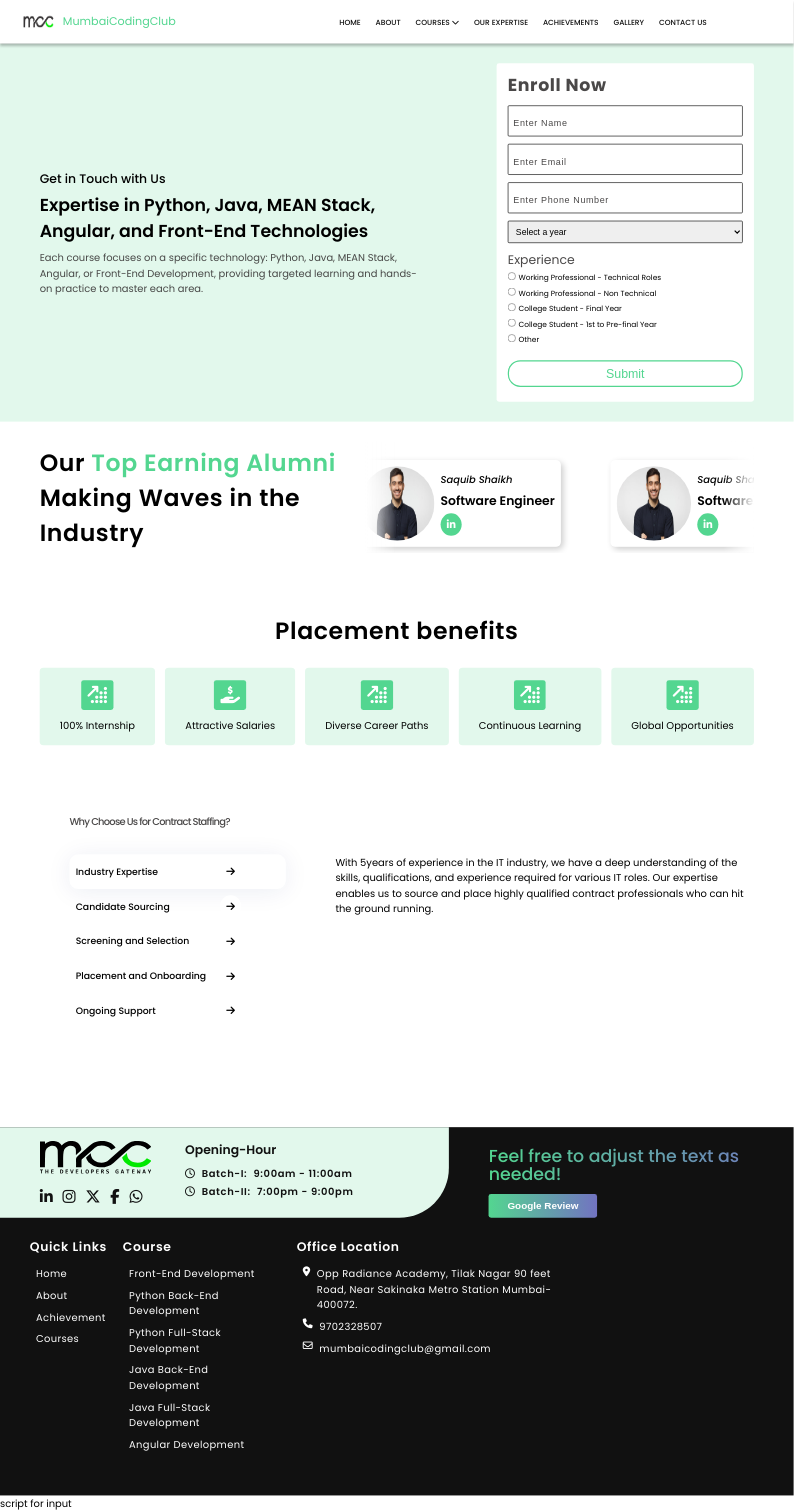
Repository: msmsa2001/mcc-theme
Page: contact.html
An editor plug-in stored every save of this project. The page is shown before and after the next save, followed by the edit.
The browser window is 1280 px wide. The pictures show the whole page, at 62% of full size.
Pictures or frames that could not be fetched are drawn as grey boxes.

Above is the page before, as saved 2024-07-26 04:24:11.
Console error: TypeError: Cannot read properties of null (reading 'querySelector')

### contact.html
<!DOCTYPE html>
<html lang="en">
<head>
    <meta charset="UTF-8">
    <meta name="viewport" content="width=device-width, initial-scale=1.0">
    <title>Contact</title>
    <link rel="stylesheet" href="global.css">
    <link rel="stylesheet" href="contact.css">
    <link rel="stylesheet" href="https://cdnjs.cloudflare.com/ajax/libs/font-awesome/6.5.2/css/all.min.css" integrity="sha512-SnH5WK+bZxgPHs44uWIX+LLJAJ9/2PkPKZ5QiAj6Ta86w+fsb2TkcmfRyVX3pBnMFcV7oQPJkl9QevSCWr3W6A==" crossorigin="anonymous" referrerpolicy="no-referrer" />

</head>
<body>
    <nav>
        <div class="wrapper-nav">
            <div class="logo"><a href="index.html"><img src="assests/favicon.png" alt="">MumbaiCodingClub</a></div>
            <input type="radio" name="slider" id="menu-btn">
            <input type="radio" name="slider" id="close-btn">
            <ul class="nav-links">
                <label for="close-btn" class="btn close-btn"><i class="fas fa-times"></i></label>
                <li><a href="index.html">HOME</a></li>
                <li><a href="about.html">ABOUT</a></li>
                <li>
                    <a href="#" class="desktop-item">COURSES <i class="fa-solid fa-chevron-down"></i></a>
                    <input type="checkbox" id="showServicesDrop">
                    <label for="showServicesDrop" class="mobile-item">COURSES</label>
                    <ul class="drop-menu">
                        <li><a href="course.html">Front-End Development</a></li>
                        <li><a href="xI.html">Back-End Python Development</a></li>
                        <li><a href="xII.html">Full-Stack Python Development</a></li>
                        <li><a href="neet.html">Angular</a></li>
                        <li><a href="dropers.html">Back-End Java Development</a></li>
                        <li><a href="Integrated.html">Full-Stack Java Development</a></li>
                        <li><a href="repeater.html">MEAN</a></li>
                    </ul>
                </li>
                <li><a href="gallery.html">Our Expertise</a></li>
                <li><a href="achievement.html">ACHIEVEMENTS</a></li>
                <li><a href="gallery.html">GALLERY</a></li>
                <li><a href="contact.html">CONTACT US</a></li>
            </ul>
            <label for="menu-btn" class="btn menu-btn"><i class="fas fa-bars"></i></label>
        </div>
    </nav>

    <div class="container1">
        <div class="sec1">
            <h3>Get in Touch with Us</h3>
            <h1>Expertise in Python, Java, MEAN Stack, Angular, and Front-End Technologies</h1>
            <p>Each course focuses on a specific technology: Python, Java, MEAN Stack, Angular, or Front-End Development, providing targeted learning and hands-on practice to master each area.

            </p>
        </div>
        <div class="sec2">
            <form action="">
                <h2>Enroll Now</h2>
                <input type="text" name="fullname" id="name" placeholder="Enter Name">
                <input type="email" name="email" id="email" placeholder="Enter Email">
                <input type="phone" name="phone" id="phone" placeholder="Enter Phone Number">
                <select id="year" name="year">
                    <option value="" disabled selected>Select a year</option>
                </select>
                <div class="experience">
                    <label id="experience">Experience</label>
                    <div class="radio-sec">
                    <input type="radio" name="experience" id="tech_role" value="Working Professional - Technical Roles">
                    <label for="">Working Professional - Technical Roles</label>
                </div>

                <div class="radio-sec">
                    <input type="radio" name="experience" id="none_tect_role" value="Working Professional - Non Technical">
                    <label for="">Working Professional - Non Technical</label>
                </div>

                <div class="radio-sec">
                    <input type="radio" name="experience" id="final_year" value="College Student - Final Year">
                    <label for="">College Student - Final Year</label>
                </div>

                <div class="radio-sec">
                    <input type="radio" name="experience" id="pre-finale_year" value="College Student - 1st to Pre-final Year">
                    <label for="">College Student - 1st to Pre-final Year</label>
                </div>
                <div class="radio-sec">
                    <input type="radio" name="experience" id="other" value="Other">
                    <label for="">Other</label>
                </div>

                </div>

                <button>Submit</button>

            </form>
        </div>
    </div>

    <div class="container2">
        <div class="title">
            <p>Our <span style="color: var(--text-color);">Top Earning Alumni<br></span> Making Waves in the <br>Industry</p>
        </div>
    <div class="logos">
        <div class="logos-slide">

            <div class="card1">
                <img src="assests/person.jpg" alt="">
                <div class="content">
                    <p class="name">Saquib Shaikh</p>
                    <p class="designation">Software Engineer</p>
                    <a href=""><i class="fa-brands fa-linkedin-in"></i></a>
                </div>
            </div>

            <div class="card1">
                <img src="assests/person.jpg" alt="">
                <div class="content">
                    <p class="name">Saquib Shaikh</p>
                    <p class="designation">Software Engineer</p>
                    <a href=""><i class="fa-brands fa-linkedin-in"></i></a>
                </div>
            </div>


            <div class="card1">
                <img src="assests/person.jpg" alt="">
                <div class="content">
                    <p class="name">Saquib Shaikh</p>
                    <p class="designation">Software Engineer</p>
                    <a href=""><i class="fa-brands fa-linkedin-in"></i></a>
                </div>
            </div>


            <div class="card1">
                <img src="assests/person.jpg" alt="">
                <div class="content">
                    <p class="name">Saquib Shaikh</p>
                    <p class="designation">Software Engineer</p>
                    <a href=""><i class="fa-brands fa-linkedin-in"></i></a>
                </div>
            </div>


            <div class="card1">
                <img src="assests/person.jpg" alt="">
                <div class="content">
                    <p class="name">Saquib Shaikh</p>
                    <p class="designation">Software Engineer</p>
                    <a href=""><i class="fa-brands fa-linkedin-in"></i></a>
                </div>
            </div>

            <div class="card1">
                <img src="assests/person.jpg" alt="">
                <div class="content">
                    <p class="name">Saquib Shaikh</p>
                    <p class="designation">Software Engineer</p>
                    <a href=""><i class="fa-brands fa-linkedin-in"></i></a>
                </div>
            </div>

            <div class="card1">
                <img src="assests/person.jpg" alt="">
                <div class="content">
                    <p class="name">Saquib Shaikh</p>
                    <p class="designation">Software Engineer</p>
                    <a href=""><i class="fa-brands fa-linkedin-in"></i></a>
                </div>
            </div>

            <div class="card1">
                <img src="assests/person.jpg" alt="">
                <div class="content">
                    <p class="name">Saquib Shaikh</p>
                    <p class="designation">Software Engineer</p>
                    <a href=""><i class="fa-brands fa-linkedin-in"></i></a>
                </div>
            </div>
        </div>
      </div>
    </div>

    <div class="container3">
        <h2 id="title">Placement benefits</h2>
        <div class="sec1">

            <div class="card">
                <i class="fa-solid fa-arrow-up-right-dots"></i>
                <p>100% Internship</p>
            </div>


            <div class="card">
                <i class="fa-solid fa-hand-holding-dollar"></i>
                <p>Attractive Salaries</p>
            </div>

            <div class="card">
                <i class="fa-solid fa-arrow-up-right-dots"></i>
                <p>Diverse Career Paths</p>
            </div>

            <div class="card">
                <i class="fa-solid fa-arrow-up-right-dots"></i>
                <p>Continuous Learning</p>
            </div>


            <div class="card">
                <i class="fa-solid fa-arrow-up-right-dots"></i>
                <p>Global Opportunities</p>
            </div>

        </div>

    </div>
    <div class="container8">
        <p class="title">Why Choose Us for Contract Staffing?</p>
        <div class="inner-sec">
        <div class="sec-1">
            <div class="row1 tab-button active" data-tab="tab1" onclick="openTab('tab1')">
                <p class="content">Industry Expertise</p>
                <i class="fa-solid fa-arrow-right"></i>
            </div>
            <div class="row1 tab-button" data-tab="tab2" onclick="openTab('tab2')">
                <p class="content">Candidate Sourcing </p>
                <i class="fa-solid fa-arrow-right"></i>
            </div>
            <div class="row1 tab-button" data-tab="tab3" onclick="openTab('tab3')">
                <p class="content">Screening and Selection</p>
                <i class="fa-solid fa-arrow-right"></i>
            </div>
            <div class="row1 tab-button" data-tab="tab4" onclick="openTab('tab4')">
                <p class="content">Placement and Onboarding </p>
                <i class="fa-solid fa-arrow-right"></i>
            </div>
            <div class="row1 tab-button" data-tab="tab5" onclick="openTab('tab5')">
                <p class="content">Ongoing Support </p>
                <i class="fa-solid fa-arrow-right"></i>
            </div>
        </div>
        <div class="sec-2">
           <p id="tab1" class="tab active"> With 5years of experience in the IT industry, we have a deep understanding of the skills, qualifications, and experience required for various IT roles. Our expertise enables us to source and place highly qualified contract professionals who can hit the ground running.</p>
           <p id="tab2" class="tab">Leveraging our extensive network of IT professionals, we have access to a diverse talent pool comprising developers, engineers, analysts, project managers, and more. Whether you need temporary staff for a specific project or to cover peak workloads, we have the resources to meet your needs.</p>
           <p id="tab3" class="tab">We recognize the importance of agility and flexibility in today's fast-paced business environment. Our contract staffing solutions allow you to scale your workforce up or down quickly in response to changing business demands, without the long-term commitment of permanent hires.</p>
           <p id="tab4" class="tab">Contract staffing offers a cost-effective solution for managing fluctuating workloads and specialized projects. By hiring contract professionals on a temporary basis, you can avoid the overhead costs associated with full-time employees, such as benefits, training, and severance.</p>
           <p id="tab5" class="tab">Our streamlined recruitment process ensures a seamless experience from job requisition to candidate placement. We handle all aspects of the staffing process, including sourcing, screening, interviewing, onboarding, and payroll administration, allowing you to focus on your core business priorities.</p>
        </div>
    </div>
    </div>
    <footer>
        <div class="section1">
        <div class="content">
          <div class="sec">
            <div class="sec-logo">
            <img src="assests/logos/MCC logo.svg" alt="">
            <div class="row2">
              <i class="fa-brands fa-linkedin-in"></i>
              <i class="fa-brands fa-instagram"></i>
              <i class="fa-brands fa-x-twitter"></i>
              <i class="fa-brands fa-facebook-f"></i>
              <i class="fa-brands fa-whatsapp"></i>
            </div>
          </div>
            <div class="sec-content">
              <p>Opening-Hour</p>
              <div class="row"><i class="fa-regular fa-clock"></i> Batch-I: <span>9:00am - 11:00am </span>
              </div>
              <div class="row"><i class="fa-regular fa-clock"></i> Batch-II: <span>7:00pm - 9:00pm </span>
              </div>

            </div>
          </div>
        </div>
        <div class="google-review">
        <p>Feel free to adjust the text as needed!</p>
        <button>Google Review</button>
      </div>
      </div>

        <div class="links">
        <div class="col">
          <p>Quick Links</p>
          <ul>
            <li><a href="">Home</a></li>
            <li><a href="">About</a></li>
            <li><a href="">Achievement</a></li>
            <li><a href="">Courses</a></li>
          </ul>
        </div>

        <div class="col">
          <p>Course</p>
          <ul>
            <li><a href="">Front-End Development</a></li>
            <li><a href="">Python Back-End Development</a></li>
            <li><a href="">Python Full-Stack Development</a></li>
            <li><a href="">Java Back-End Development</a></li>
            <li><a href="">Java Full-Stack Development</a></li>
            <li><a href="">Angular Development</a></li>
          </ul>
        </div>

        <div class="col">
          <p>Office Location</p>
          <ul class="location">
            <li><a href=""><i class="fa-solid fa-location-dot"></i>
            <p>Opp Radiance Academy, Tilak Nagar 90 feet Road, Near Sakinaka Metro Station Mumbai-400072.</p></a></li>
            <li><a href=""><i class="fa-solid fa-phone"></i>9702328507</a></li>
            <li><a href=""><i class="fa-regular fa-envelope"></i>mumbaicodingclub@gmail.com</a></li>
          </ul>
        </div>
        <iframe src="https://www.google.com/maps/embed?pb=!1m18!1m12!1m3!1d7540.350352211677!2d72.88528653657487!3d19.099969516685178!2m3!1f0!2f0!3f0!3m2!1i1024!2i768!4f13.1!3m3!1m2!1s0x3be7c87a7b146d75%3A0x76380d8179575d82!2sLokmanya%20Tilak%20Nagar%2C%20Saki%20Naka%2C%20Mumbai%2C%20Maharashtra!5e0!3m2!1sen!2sin!4v1721714563501!5m2!1sen!2sin" width="300" height="400" style="border:0;" allowfullscreen="" loading="lazy" referrerpolicy="no-referrer-when-downgrade"></iframe>
      </footer>


      script for input
      <script>
        // Get all input fields
        const inputs = document.querySelectorAll('.input');

        // Add event listener to each input field
        inputs.forEach(input => {
            // When input field receives focus (typing begins)
            input.addEventListener('focus', function() {
                // Change bottom border color
                this.style.borderBottomColor = 'black';
                this.style.fontSize='12px'
            });

            // When input field loses focus (typing ends)
            input.addEventListener('blur', function() {
                // Change bottom border color back to default
                this.style.borderBottomColor = 'black';
            });
        });
    </script>

      <script>
        const startYear = 2000;
        const endYear = 2030;
        const yearDropdown = document.getElementById('year');

        for (let year = startYear; year <= endYear; year++) {
          const option = document.createElement('option');
          option.value = year;
          option.text = year;
          yearDropdown.appendChild(option);
        }
      </script>
      <script src="mcc.js"></script>
</body>
</html>

### contact.css
@import url('https://fonts.googleapis.com/css2?family=Poppins:ital,wght@0,100;0,200;0,300;0,400;0,500;0,600;0,700;0,800;0,900;1,100;1,200;1,300;1,400;1,500;1,600;1,700;1,800;1,900&display=swap');
*{
    margin: 0;
    padding: 0;
    box-sizing: border-box;
}
:root{
    --color1:#E8F7F2;
    --color2: #E2F8EC;
    --text-color:#53D690;
    --text-color2:#7273C1;
    --black-color:rgb(17, 17, 17);
    --font-size1: 20px;
    --font-size2:28px;
    --font-size3: 38px;
    --font-size4:14px;
    --font-size4:16px;
    --white-color1:#F7F1FD;
    --white-color2:rgba(255, 255, 255, 0.9);
    --black-color1:#363434e6;
}
body{
    overflow-x: hidden;
    font-family: 'poppins';
}

.container1{
    position: relative;
    background: var(--color2);
    display: flex;
    justify-content: center;
    align-items: center;
    /* height: 90vh; */
    padding: 2rem 4rem 2rem;
    gap: 2rem;
}
.container1 .sec1{
    padding-right: 5rem;
}
.container1 .sec1 h3{
    font-size: var(--font-size1);
    font-weight: 500;
}
.container1 .sec1 p{
    color: var(--black-color1);
    font-size: var(--font-size4);
}
.container1 .sec1 h1{
    font-size: var(--font-size2);
    font-weight: 600;
    margin: 8px 0;
}
.container1 .sec2 form{
    background: #fff;
    padding: 14px 18px;
    width: max-content;
    display: flex;
    flex-direction: column;
    gap: 12px;
    border-radius: 4px;
}
.container1 .sec2 form input, .container1 .sec2 form select{
    padding: 8px;
    border: 1px solid black;
    border-radius: 2px;
    font-size: 14px;
}
.container1 .sec2 form input::placeholder, .container1 .sec2 form select::placeholder,.container1 .sec2 form option{
    font-size: 14.50px;
    color: var(--black-color1);
}
.container1 .sec2 form input, .container1 .sec2 h2{
    letter-spacing: 1px;
    font-size: var(--font-size2);
    color: var(--black-color1);
}
.container1 .sec2 form .experience label{
    font-size: 12px;

}
.container1 .sec2 form #experience{
    font-size: var(--font-size1);
    color: var(--black-color1);
    margin: 15px 0;
}
.container1 .sec2 form button{
    width: auto;
    background: #fff;
    padding: 8px;
    border-radius: 20px;
    color: var(--text-color);
    font-size: 20px;
    margin: 10px 0;
    font-weight: 500;
    border: 2px solid var(--text-color);
    cursor: pointer;
}




.container2{
    display: grid;
    grid-template-columns: auto auto;
    gap: 3rem;
    padding: 2rem 4rem;
}
.container2 .title{
    display: flex;
    align-items: center;
}
.container2 .title p{
font-size: var(--font-size3);
letter-spacing: 1px;
font-weight: 600;
}
.logos {
    overflow: hidden;
    padding: 30px 0 0;
    background: white;
    white-space: nowrap;
    position: relative;
    display: grid;
    grid-template-columns: auto;
}

.logos .logos-slide .card1{
    background: #fff;
    box-shadow: 4px 4px 10px rgba(0, 0, 0, 0.2);
    padding: 10px;
    margin-bottom: 10px;
    display: flex;
    gap: 10px;
    border-radius: 8px;
}
.logos .logos-slide .card1 img{
    border-radius: 50%;
    width: 120px;
    height: 120px;
}
.logos .logos-slide .card1 .content{
    display: flex;
    justify-content: center;
    /* align-items: scenter; */
    flex-direction: column;
    gap: 6px;
}
.logos .logos-slide .card1 .content .name{
    font-size: var(--black-color1);
    font-style: italic;
    font-size: var(--font-size4);
    font-weight: 500;
}
.logos .logos-slide .card1 .content .designation{
    font-size: var(--black-color1);
    font-size: var(--font-size1);
    font-weight: 600;
}
.logos .logos-slide .card1 .content a i{
    color: #fff;
    background: var(--text-color);
    padding: 10px;
    border-radius: 50%;
}
.logos:before,
.logos:after {
    position: absolute;
    top: 0;
    width: 50px;
    height: 100%;
    content: "";
    z-index: 2;
}

.logos:before {
    left: 0;
    background: linear-gradient(to left, rgba(255, 255, 255, 0), white);
}

.logos:after {
    right: 0;
    background: linear-gradient(to right, rgba(255, 255, 255, 0), white);
}

.logos-slide {
    display: flex;
    width: max-content;
    animation: 35s slide infinite linear;
}

.card1 {
    display: inline-block;
    margin: 0 40px;
}

.card1 img {
    width: 170px;
}

@media screen and (max-width: 800px) {
    .card1 img {
        width: 150px;
        margin: 0 30px;
    }

    .logos:before {
        left: 0;
        background: none;
    }

    .logos:after {
        right: 0;
        background: none;
    }
}

@media screen and (max-width: 500px) {
    .card1 img {
        width: 90px;
        margin: 0 20px;
    }
}

@keyframes slide {
    0% {
        transform: translateX(0);
    }
    100% {
        transform: translateX(-100%);
    }
}

.container3{
    padding: 4rem;
}
.container3 #title{
    font-size: var(--font-size3);
    font-weight: 600;
    text-align: center;
    letter-spacing: 1px;
}
.container3 .sec1{
    display: grid;
    grid-template-columns: auto auto auto auto auto;
    margin-top: 2rem;
    gap: 1rem;
}
.container3 .sec1 .card{
    background: var(--color2);
    display: flex;
    flex-direction: column;
    align-items: center;
    gap: 12px;
    border-radius: 6px;
    padding: 20px;
}
.container3 .sec1 .card i{
    background-color: var(--text-color);
    color: #fff;
    padding: 10px;
    border-radius: 4px;
    font-size: var(--font-size2);
}
.container8 {
    padding: 2.3rem 5rem 8rem 7rem;
  }
  .container8 .inner-sec {
    display: grid;
    grid-template-columns: auto auto;
    gap: 5rem;
    padding-bottom: 2rem;
  }
  .container8 .inner-sec .sec-1 .row1 {
    display: flex;
    align-items: center;
    justify-content: space-between;
    gap: 1.4rem;
    padding: 10px 4.5rem 10px 10px;
    transition: all 0.2s;
    cursor: pointer;
  }
  .container8 .inner-sec .sec-1 .row1 i {
    background-color: #fff;
    padding: 10px;
    border-radius: 50%;
    font-size: 16px;
  }
  .container8 .inner-sec .row1 .content {
    font-size: 15px;
    font-weight: 500;
    color: #000000;
  }
  .container8 .title {
    color: var(--black-color1);
    font-size: var(--titleSize);
    font-weight: 500;
    line-height: 45px;
    letter-spacing: -1.2px;
    padding: 0 2rem 30px 0;
  }
  .container8 .inner-sec .sec-2 .para {
    color: #000;
    font-size: 18px;
    line-height: 34px;
  }
  .container8 .inner-sec .sec-1 .row1:hover {
    background-color: #fff;
    border-radius: 14px;
    box-shadow: 0 4px 40px 0 rgba(1, 41, 112, 0.08);
  }
  .tab {
    display: none;
  }
  .tab.active {
    display: block;
  }
  .tab-button.active {
    box-shadow: 0 4px 40px 0 rgba(1, 41, 112, 0.08);
    background-color: #fff;
    border-radius: 14px;

  }
  .tab-button {
    cursor: pointer;
  }
  .tab-container {
    margin-bottom: 20px;
  }

Loaded but not shown: mcc.js (65 lines, source omitted); global.css (432 lines, source omitted)

After the next save:
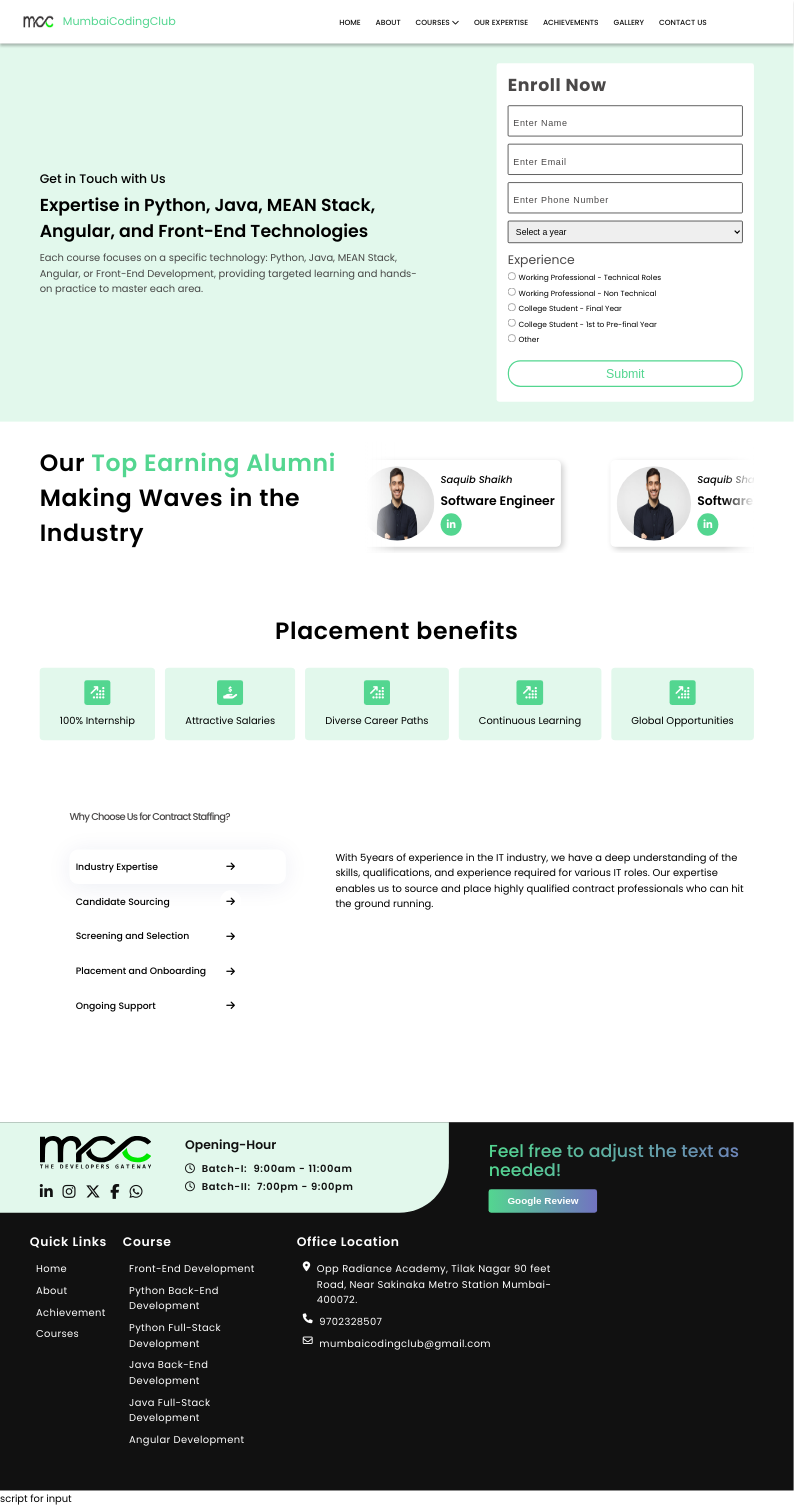
Saved 6 s later.
--- a/contact.css
+++ b/contact.css
@@ -259,7 +259,7 @@ font-weight: 600;
     color: #fff;
     padding: 10px;
     border-radius: 4px;
-    font-size: var(--font-size2);
+    font-size: var(--font-size1);
 }
 .container8 {
     padding: 2.3rem 5rem 8rem 7rem;
